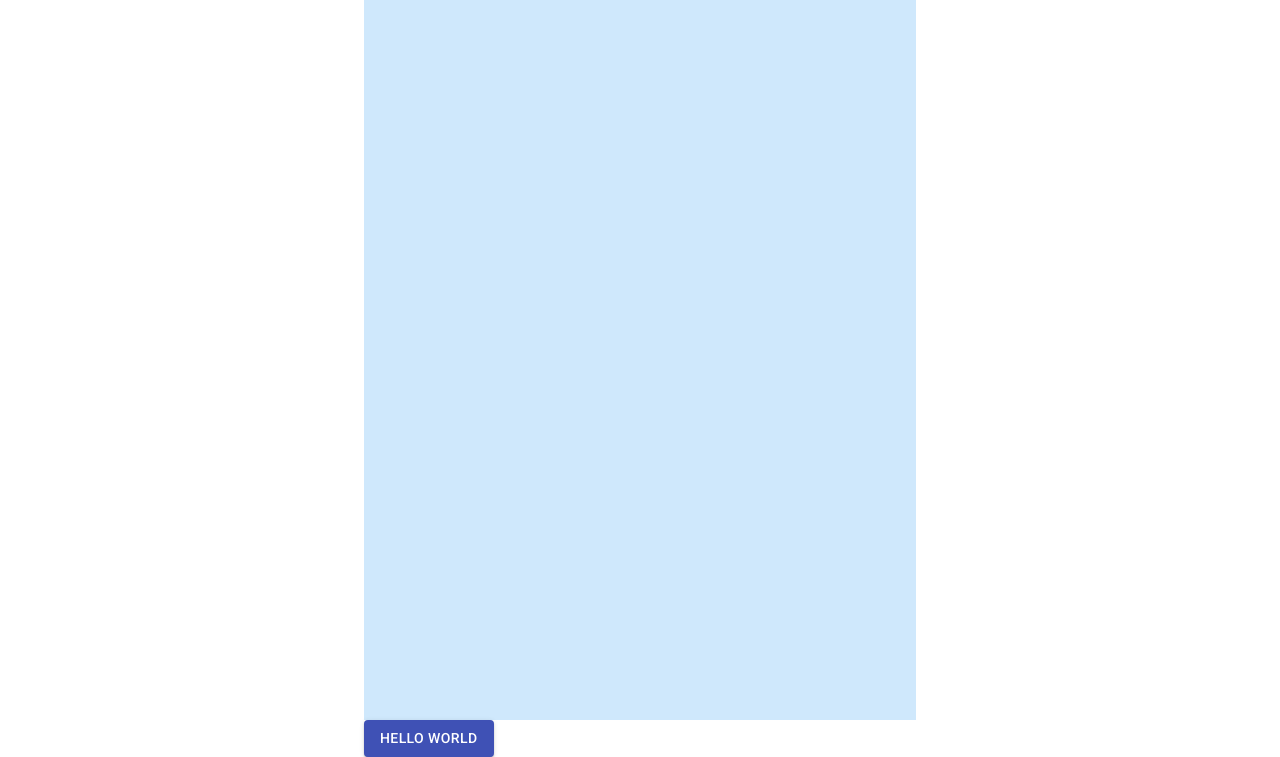
Repository: cherguiyacine/gitHubSearch
Page: /
These files come from the project's save history. The page is drawn as it stood at one moment and after a run of saves; the edit follows.
The browser window is 1280 px wide. The pictures show the whole page.
The project was rebuilt for these pictures with package versions that can differ from the ones it lists, and the page was loaded fresh each time. Also part of the build but not shown: src/Component/Layout/Navbar.js, src/Component/Users/UserItem.js, src/Component/Layout/Spinner.js, src/Component/Users/Users.js, src/Component/Users/Search.js, src/App.js.

Above is the page before, as saved 2019-11-21 23:24:29.

### public/index.html
<!DOCTYPE html>
<html lang="en">
  <head>
    <meta charset="utf-8" />
    <link rel="icon" href="%PUBLIC_URL%/favicon.ico" />
    <meta name="viewport" content="width=device-width, initial-scale=1" />
    <meta name="theme-color" content="#000000" />
    <meta
      name="description"
      content="Web site created using create-react-app"
    />
    <link rel="apple-touch-icon" href="logo192.png" />

    <link rel="manifest" href="%PUBLIC_URL%/manifest.json" />
    <link
      rel="stylesheet"
      href="https://cdnjs.cloudflare.com/ajax/libs/font-awesome/4.7.0/css/font-awesome.min.css"
    />
    <link
      rel="stylesheet"
      href="https://fonts.googleapis.com/css?family=Roboto:300,400,500,700&display=swap"
    />
    <link
      rel="stylesheet"
      href="https://fonts.googleapis.com/icon?family=Material+Icons"
    />

    <title>Yacine App</title>
  </head>
  <body>
    <noscript>You need to enable JavaScript to run this app.</noscript>
    <div id="root"></div>
  </body>
</html>

### src/index.js
import React from "react";
import ReactDOM from "react-dom";
import "./index.css";
import App from "./App";
import Authentification from "./Authentification";
import * as serviceWorker from "./serviceWorker";

ReactDOM.render(<Authentification />, document.getElementById("root"));

// If you want your app to work offline and load faster, you can change
// unregister() to register() below. Note this comes with some pitfalls.
// Learn more about service workers: https://bit.ly/CRA-PWA
serviceWorker.unregister();

### src/Authentification.js
import React, { Component } from "react";
import Button from "@material-ui/core/Button";
import { Box } from "@material-ui/core";
import CssBaseline from "@material-ui/core/CssBaseline";
import Typography from "@material-ui/core/Typography";
import Container from "@material-ui/core/Container";

export class Authentification extends Component {
  render() {
    return (
      // //   <Box color='white' bgcolor='palevioletred' p={1}>
      // //   <Button variant='contained' color='primary'>
      // //     Hello World
      // //   </Button>
      // / </Box>
      <React.Fragment>
        <Container maxWidth='sm'>
          <Typography
            component='div'
            style={{ backgroundColor: "#cfe8fc", height: "100vh" }}
          />
          <Button variant='contained' color='primary'>
            Hello World
          </Button>
        </Container>
      </React.Fragment>
    );
  }
}

export default Authentification;

Loaded but not shown: src/index.css (common file); src/serviceWorker.js (common file); src/App.css (common file)

After the next 2 saves:
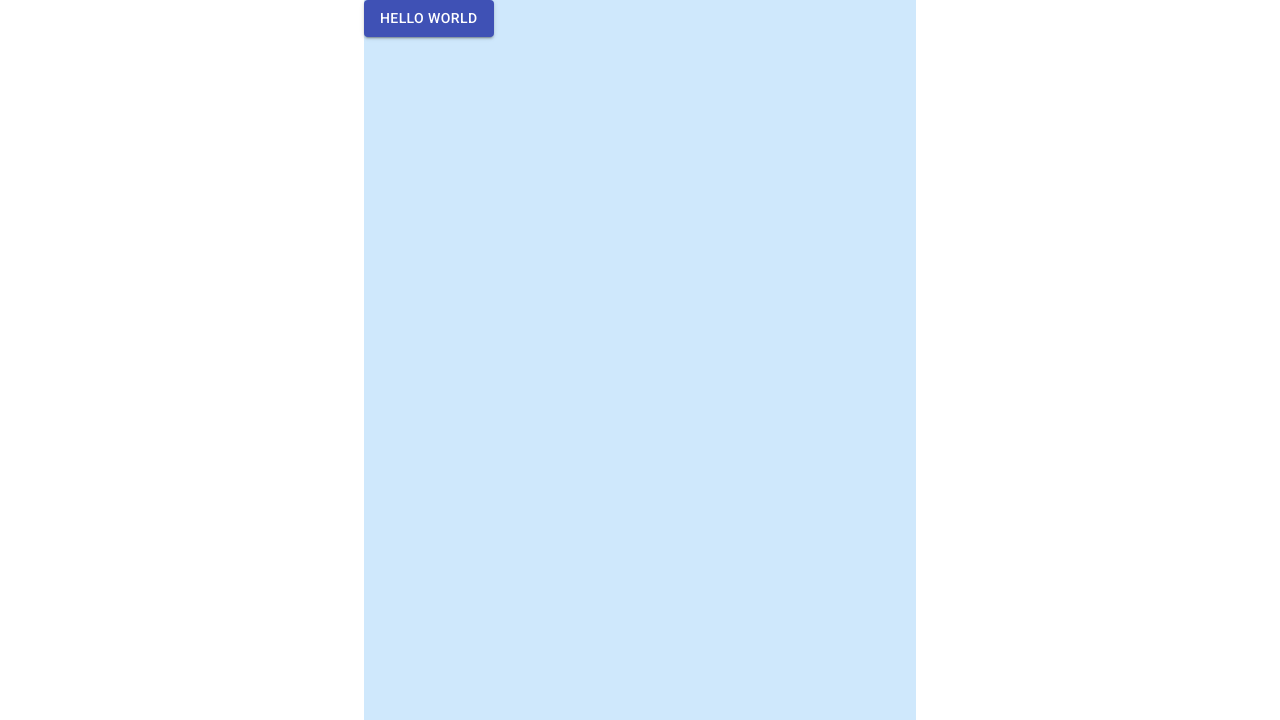
The 2 saves are shown as one change because 1 did not build or start.
The last was saved 48 s later.
--- a/src/Authentification.js
+++ b/src/Authentification.js
@@ -18,10 +18,11 @@ export class Authentification extends Component {
           <Typography
             component='div'
             style={{ backgroundColor: "#cfe8fc", height: "100vh" }}
-          />
-          <Button variant='contained' color='primary'>
-            Hello World
-          </Button>
+          >
+            <Button variant='contained' color='primary'>
+              Hello World
+            </Button>
+          </Typography>
         </Container>
       </React.Fragment>
     );
